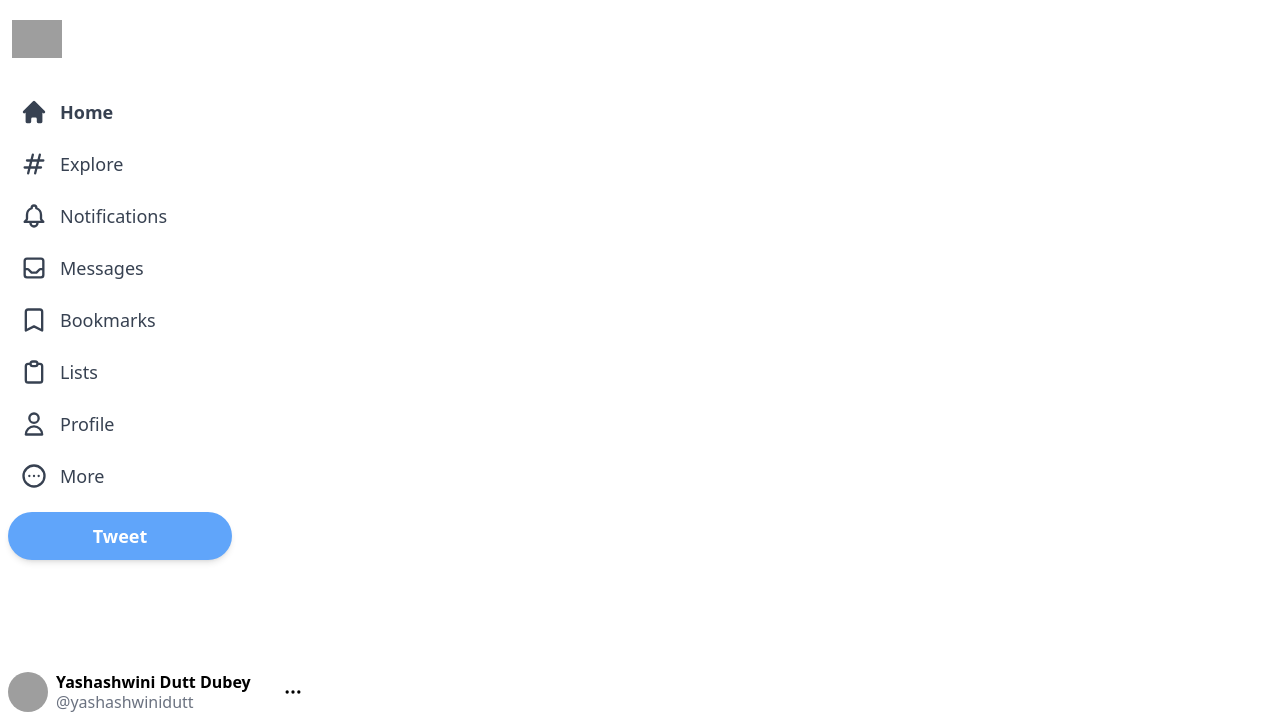
Repository: Yashashwinidutt/twitter
Page: /
These files come from the project's save history. The page is drawn as it stood at one moment and after the next save; the edit follows.
The browser window is 1280 px wide. The pictures show the whole page.
Pictures or frames that could not be fetched are drawn as grey boxes. The project was rebuilt for these pictures with package versions that can differ from the ones it lists, and the page was loaded fresh each time. The framework's server and built-in components were replaced by stand-ins that run in the browser. Also part of the build but not shown: next.config.js.

Above is the page before, as saved 2023-02-27 13:38:29.

After the next save:
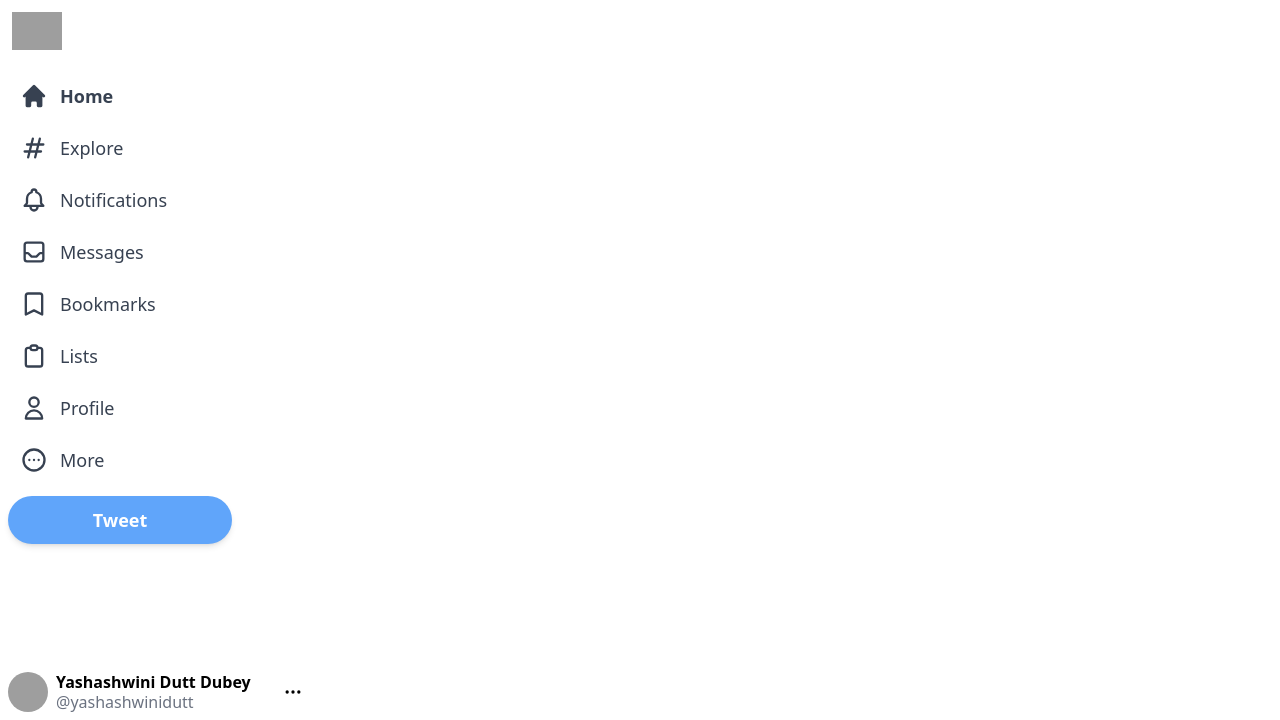
Saved 18 s later.
--- a/components/Sidebar.js
+++ b/components/Sidebar.js
@@ -13,7 +13,7 @@
   return (
     <div className="hidden sm:flex flex-col p-2 xl:items-start fixed h-full">
         {/*Twitter logo*/}
-        <div className="hoverEffect  hover:bg-blue-100 xl:px-1">
+        <div className="hoverEffect p-1 hover:bg-blue-100 xl:px-1">
           <Image width="50" height="50" src="https://upload.wikimedia.org/wikipedia/commons/thumb/4/4f/Twitter-logo.svg/800px-Twitter-logo.svg.png" alt="error"></Image>
         </div>
         {/*Menu*/}
